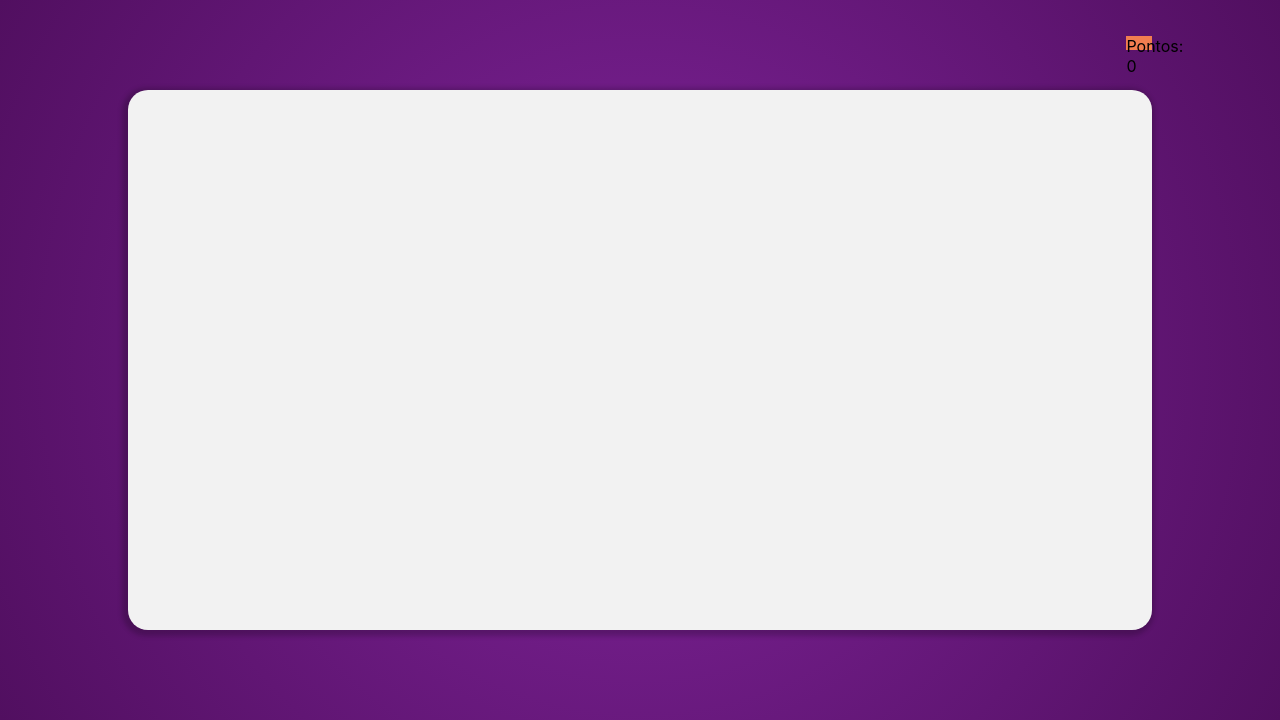
Repository: gabrielejandres/bd-final-project
Page: /play (app in frontend/)
These files come from the project's save history. The page is drawn as it stood at one moment and after the next save; the edit follows.
The browser window is 1280 px wide. The pictures show the whole page.
The project was rebuilt for these pictures with package versions that can differ from the ones it lists, and the page was loaded fresh each time. Also part of the build but not shown: frontend/src/App.css, frontend/src/components/Button/index.jsx, frontend/src/components/Logo/style.css, frontend/src/components/Logo/index.jsx, frontend/src/components/Footer/Login/index.jsx, frontend/src/pages/Login/index.jsx, frontend/src/components/Footer/Home/style.css, frontend/src/components/Footer/Home/index.jsx and 1 more.

Above is the page before, as saved 2022-03-05 21:30:51.

After the next save:
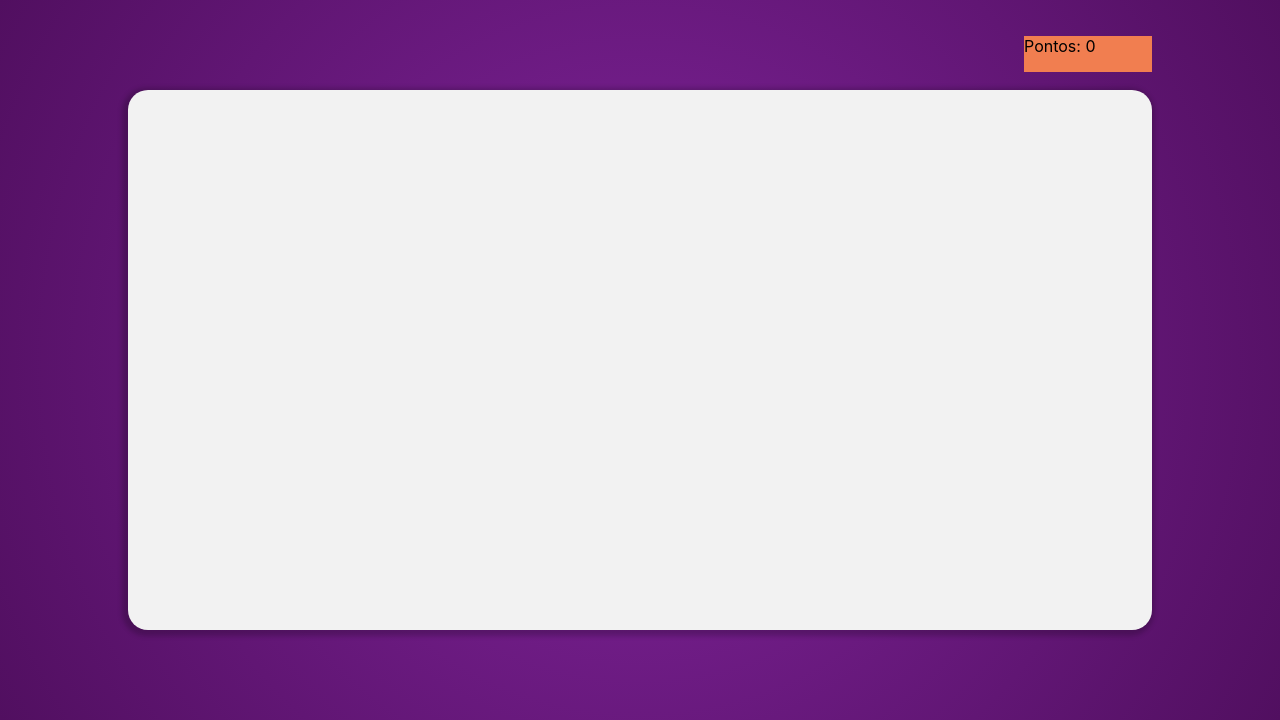
Saved 9 s later.
--- a/frontend/src/pages/Play/style.css
+++ b/frontend/src/pages/Play/style.css
@@ -14,7 +14,7 @@
   position: absolute;
   right: 10vw;
   top: 5vh;
-  width: 2vw;
-  height: 2vh;
+  width: 10vw;
+  height: 5vh;
   background-color: var(--color-brand-secondary);
 }
